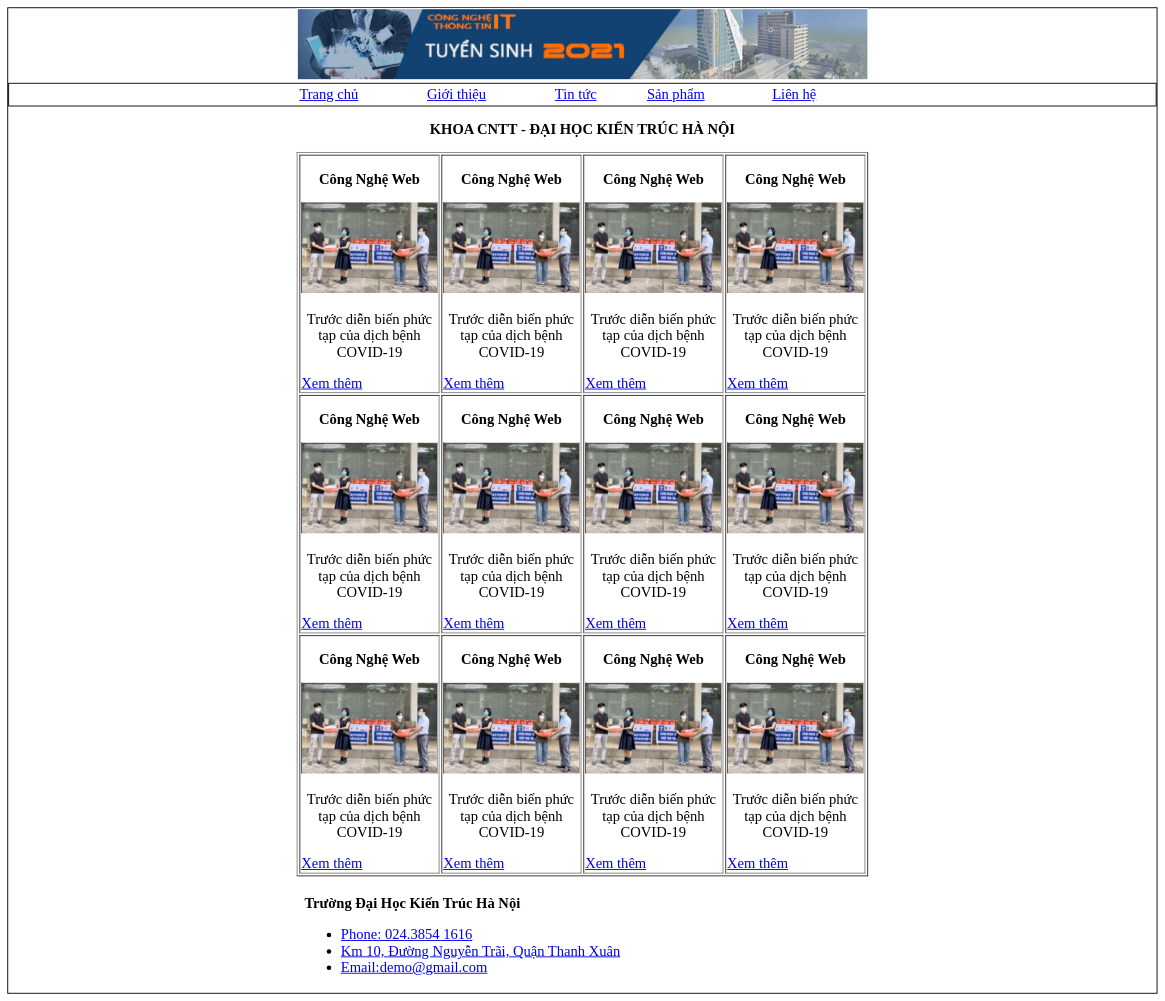
Repository: longtn213/Frond_end_HTML-CSS
Page: Front-End/Demohtml/baitapbuoi2.html
The author's editor kept a copy of each file at every save. The page is drawn from the files as they stood at one save, then again after the next save.
The browser window is 1280 px wide. The pictures show the whole page, at 91% of full size.

Above is the page before, as saved 2021-09-09 14:49:58.

After the next save:
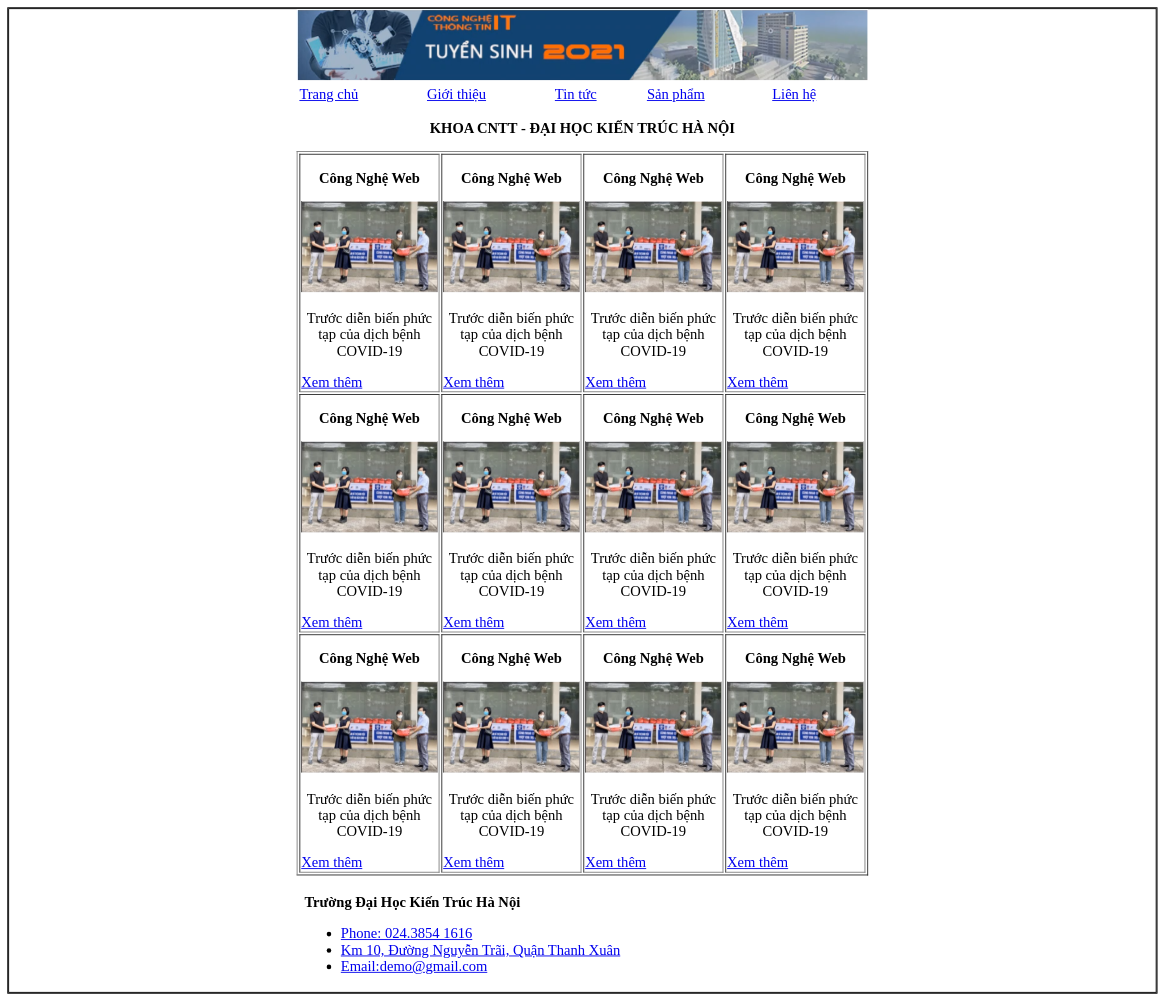
Saved 34 s later.
--- a/Front-End/Demohtml/baitapbuoi2.html
+++ b/Front-End/Demohtml/baitapbuoi2.html
@@ -14,11 +14,11 @@
 
 <body style="border: 1px solid #000;">
 
-	<center>
+	<center style="border: 1px solid #000;">
 		<img class="anhtop" width="628px" src="./img/slider.png"">
 
 		<br>
-        <center style="border: 1px solid #000;">
+        <center >
             <table width=" 628px">
 		<tr>
 			<td>
